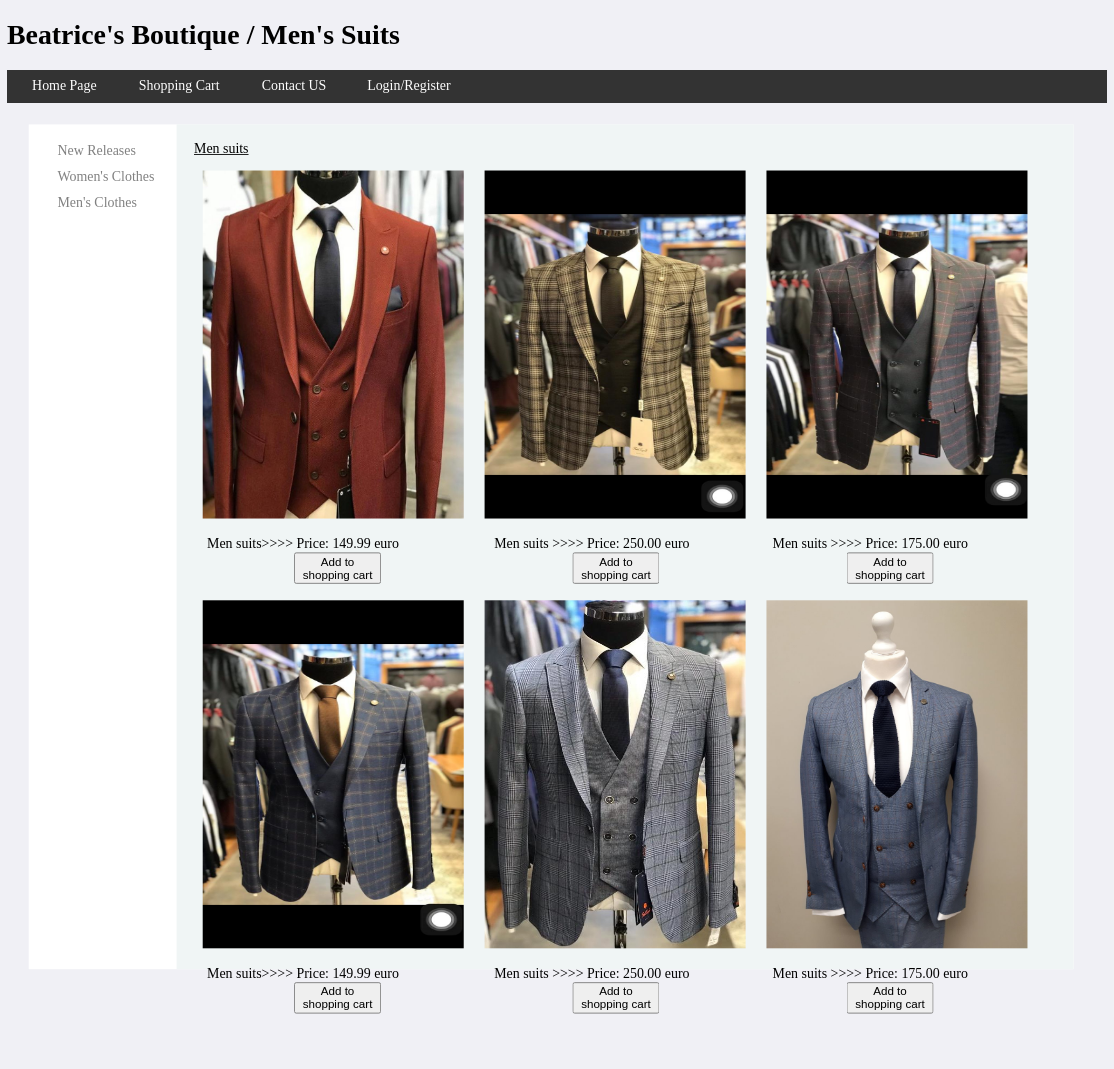
Repository: IosifDobos/Beatrice-Boutique
Page: BeatriceBoutique/Java/WorkSpace/BeatriceBoutique/WebContent/mensClothes.html
An editor plug-in stored every save of this project. The page is shown before and after the next save, followed by the edit.
The browser window is 1280 px wide. The pictures show the whole page, at 87% of full size.

Above is the page before, as saved 2018-12-05 14:29:33.

### BeatriceBoutique/Java/WorkSpace/BeatriceBoutique/WebContent/mensClothes.html
<!DOCTYPE html >
<html>
<head>
<meta http-equiv="Content-Type" content="text/html; charset=ISO-8859-1">
<link rel="stylesheet" type="text/css" href="styleSheet.css">
<title>Women's Clothes</title>
</head>
<body>

	<h1>Beatrice's Boutique / Men's Suits</h1>

	<ul>
		<li><a href="homePage.html">Home Page</a></li>
		<li><a href="shoppingCart.html">Shopping Cart</a></li>
		<li><a href="contact.html">Contact US</a></li>
		<li><a href="login.html">Login/Register</a></li>
	</ul>


	<div class = "container">
		<!-- left side of the container where menu is displayed -->
		<div id="sidemenu">
			<a href="#">New Releases</a>
			<a href="womensClothes.html">Women's Clothes</a>
			<a href="mensClothes.html">Men's Clothes</a>
		</div>
		<!-- right side of the container -->
		<div id="right-side">
			<p><u>Men suits</u></p>

			<img alt="dress" src="mens-img/download.jpeg" width="300" height="400" style="margin-left: 10px;">

			<img alt="dress1" src="mens-img/Fatih_Grey+Check-Black.jpg" width="300" height="400" style="margin-left: 20px;">

			<img alt="dress2" src="mens-img/Fatih_Navy-Burgundy+Check.jpg" width="300" height="400" style="margin-left: 20px;">
			<div id="product-1">
				<p>Men suits>>>>  Price: 149.99 euro</p>
			</div>
			<div id="product-2">
				<p>Men suits >>>>  Price: 250.00 euro</p>
			</div>
			<div id="product-3">
				<p>Men suits >>>>  Price: 175.00 euro</p>
			</div>
			<div id ="button-url">
				<button data-url="shoppingCart.html" type="button" title="Add to shopping cart"
				class="button">
						Add to shopping cart
				</button>
			</div>
			<div id ="button-url1">
				<button data-url="shoppingCart.html" type="button" title="Add to shopping cart"
				class="button">
						Add to shopping cart
				</button>
			</div>
			<div id ="button-url2">
				<button data-url="shoppingCart.html" type="button" title="Add to shopping cart"
				class="button">
						Add to shopping cart
				</button>
			</div>
			<br><br><br><br><br><br>
			<img alt="dress3" src="mens-img/Fatih+Blue-Mustard+Check.jpg" width="300" height="400" style="margin-left: 10px;">

			<img alt="dress4" src="mens-img/suit-1.jpeg" width="300" height="400" style="margin-left: 20px;">

			<img alt="dress5" src="mens-img/suit-2.jpg" width="300" height="400" style="margin-left: 20px;">
			<div id="product-1">
				<p>Men suits>>>>  Price: 149.99 euro</p>
			</div>
			<div id="product-2">
				<p>Men suits >>>>  Price: 250.00 euro</p>
			</div>
			<div id="product-3">
				<p>Men suits >>>>  Price: 175.00 euro</p>
			</div>
			<div id ="button-url">
				<button data-url="shoppingCart.html" type="button" title="Add to shopping cart"
				class="button">
						Add to shopping cart
				</button>
			</div>
			<div id ="button-url1">
				<button data-url="shoppingCart.html" type="button" title="Add to shopping cart"
				class="button">
						Add to shopping cart
				</button>
			</div>
			<div id ="button-url2">
				<button data-url="shoppingCart.html" type="button" title="Add to shopping cart"
				class="button">
						Add to shopping cart
				</button>
			</div>

		</div>

	</div>

</body>
</html>

### BeatriceBoutique/Java/WorkSpace/BeatriceBoutique/WebContent/styleSheet.css
@charset "UTF-8";

body{
	background-color: #f0f0f5;
}

ul {
	position: -webkit-sticky;
	position: sticky;
    list-style-type: none;
    top: 0;
    margin: 0;
    padding: 0;
    overflow: hidden;
    background-color: #333;
}

li{
	float: left;
}

li a{
	display: block;
	color: white;
	text-align: center;
	padding: 10px 16px;
	text-decoration: none;
	width: 100px;

}

li a:hover {
    background-color: #555;
    color: white;
}

.active {
    background-color: #4CAF50;
    color: white;
}

.container{
	margin-top: 25px;
	margin-left: 25px;
	margin-right: 25px;
	background-color:  white;
	min-height: 400px;
	width: 95%;
}

/*#container:after{
	content: "";
	display: table;
	clear: both;
} */



#sidemenu {
    min-height: 100px;; /* Full-height: remove this if you want "auto" height */
    width: 150px;; /* Set the width of the sidebar */
    position: fixed; /* Fixed Sidebar (stay in place on scroll) */
    z-index: 1; /* Stay on top */
    top: 150px; /* Stay at the top */
    left: 50px;
    background-color: ; /* Black */
    overflow-x: hidden; /* Disable horizontal scroll */
    padding: 8px 0;
}

#sidemenu a {
    padding: 6px 8px 6px 16px;
    text-decoration: none;
    font-size: 16px;
    color: #818181;
    display: block;
}

/* When you mouse over the navigation links, change their color */
#sidemenu a:hover {
    color: #679898;
}

/* Style page content */
#right-side {
    margin-left: 170px; /* Same as the width of the sidebar */
    padding: 3px 5px 20px 20px;
    background-color: #f0f5f5;
    min-height: 400px;
}


/* #right-side{
	float: right;
	margin-right: 20px;
	width: 60%;
} */


#product-1{
	position: absolute;
	margin-left: 15px;
}

#product-2{
	position: absolute;
	margin-left: 345px;
}

#product-3{
	position: absolute;
	margin-left: 665px;
}

#button-url{
	position: absolute;
	margin-top: 35px;
	margin-left: 115px;
	width: 100px;
	height: 100px;
}

#button-url1{
	position: absolute;
	margin-top: 35px;
	margin-left: 435px;
	width: 100px;
	height: 100px;
}

#button-url2{
	position: absolute;
	margin-top: 35px;
	margin-left: 750px;
	width: 100px;
	height: 100px;
}


/* Responsive layout - when the screen is less than 600px wide, make the two columns stack on top of each other instead of next to each other */
@media screen and (max-width: 600px) {
    .col-25, .col-75, input[type=submit] {
        width: 100%;
        margin-top: 0;
    }
}

@media screen and (max-height: 450px) {
    #sidemenu {padding-top: 15px;}
    #sidemenu a {font-size: 18px;}
}

After the next save:
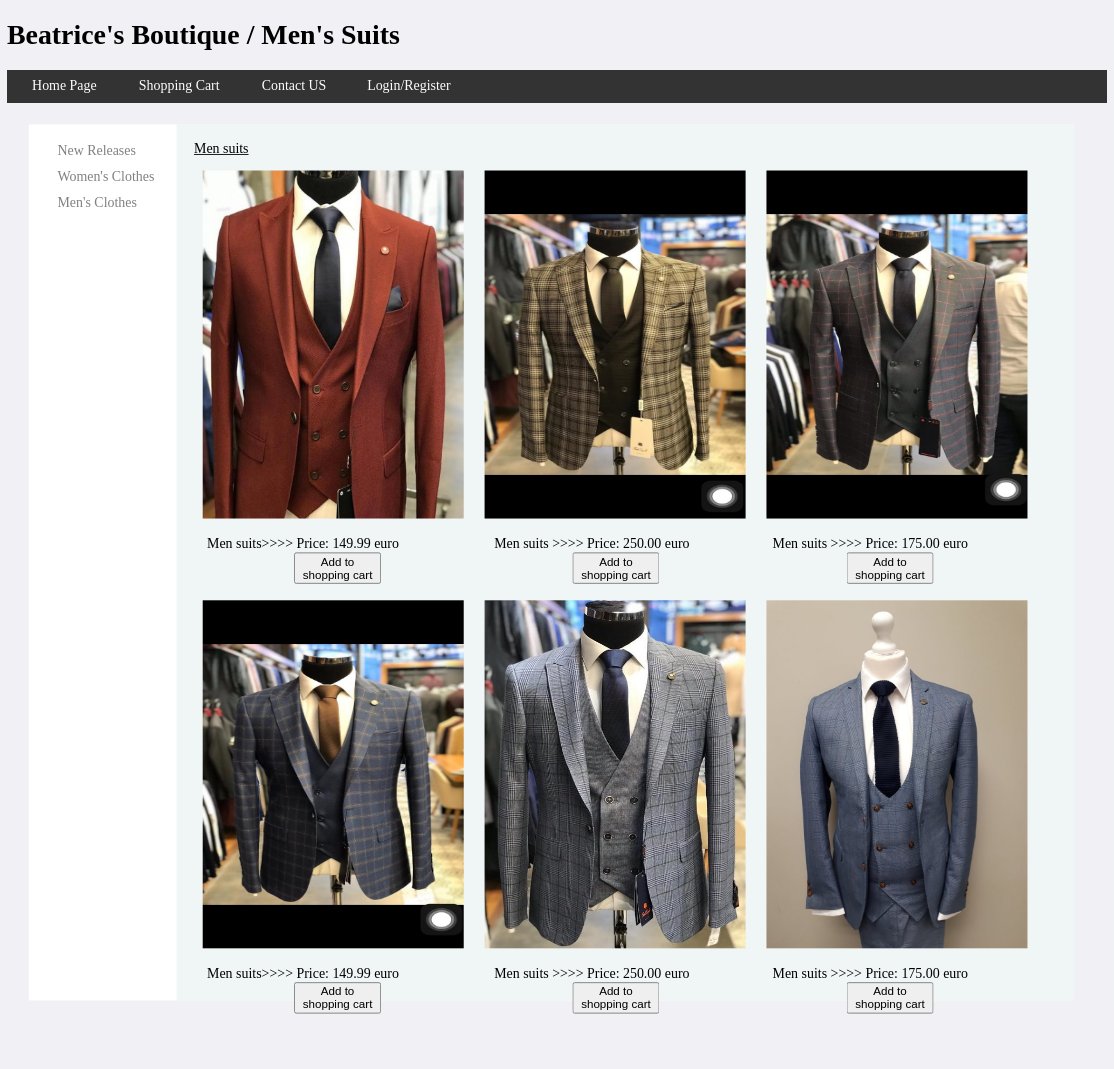
Saved 2 min 34 s later.
--- a/BeatriceBoutique/Java/WorkSpace/BeatriceBoutique/WebContent/mensClothes.html
+++ b/BeatriceBoutique/Java/WorkSpace/BeatriceBoutique/WebContent/mensClothes.html
@@ -93,7 +93,7 @@
 						Add to shopping cart
 				</button>
 			</div>
-
+			<br><br><br>
 		</div>
 
 	</div>
